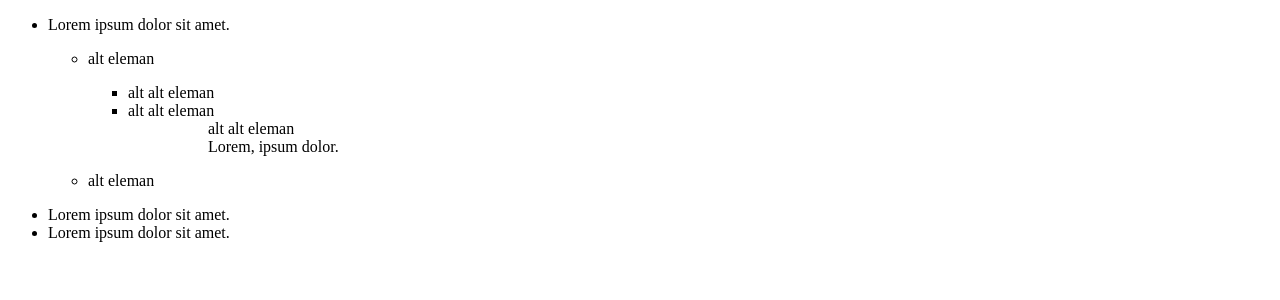
Repository: sammkrt/git101
Page: html-css-TrainingMyself/index.html
These files come from the project's save history. The page is drawn as it stood at one moment and after the next save; the edit follows.
The browser window is 1280 px wide. The pictures show the whole page.

Above is the page before, as saved 2022-12-22 11:17:39.

After the next save:
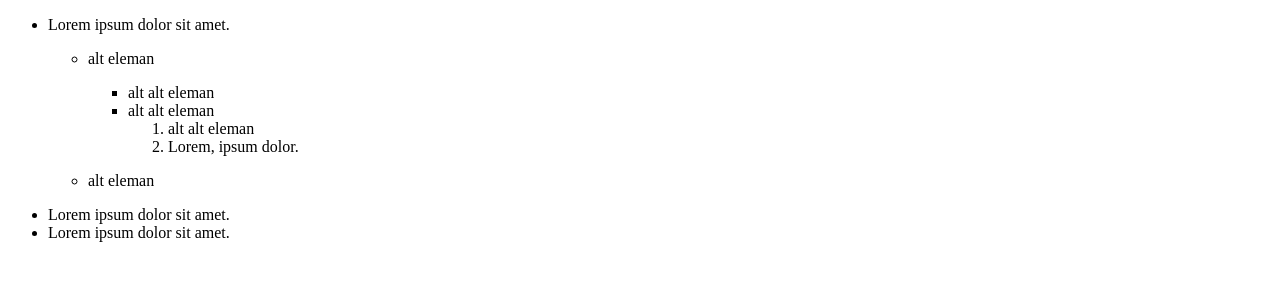
Saved 18 s later.
--- a/html-css-TrainingMyself/index.html
+++ b/html-css-TrainingMyself/index.html
@@ -15,8 +15,8 @@
                 <li>alt alt eleman</li>
                 <li>alt alt eleman</li>
                 <ol>
-                    <ol>alt alt eleman</ol>
-                    <ol>Lorem, ipsum dolor.</ol>
+                    <li>alt alt eleman</li>
+                    <li>Lorem, ipsum dolor.</li>
                 </ol>
             </ul>
             <p><li>alt eleman</li></p>
